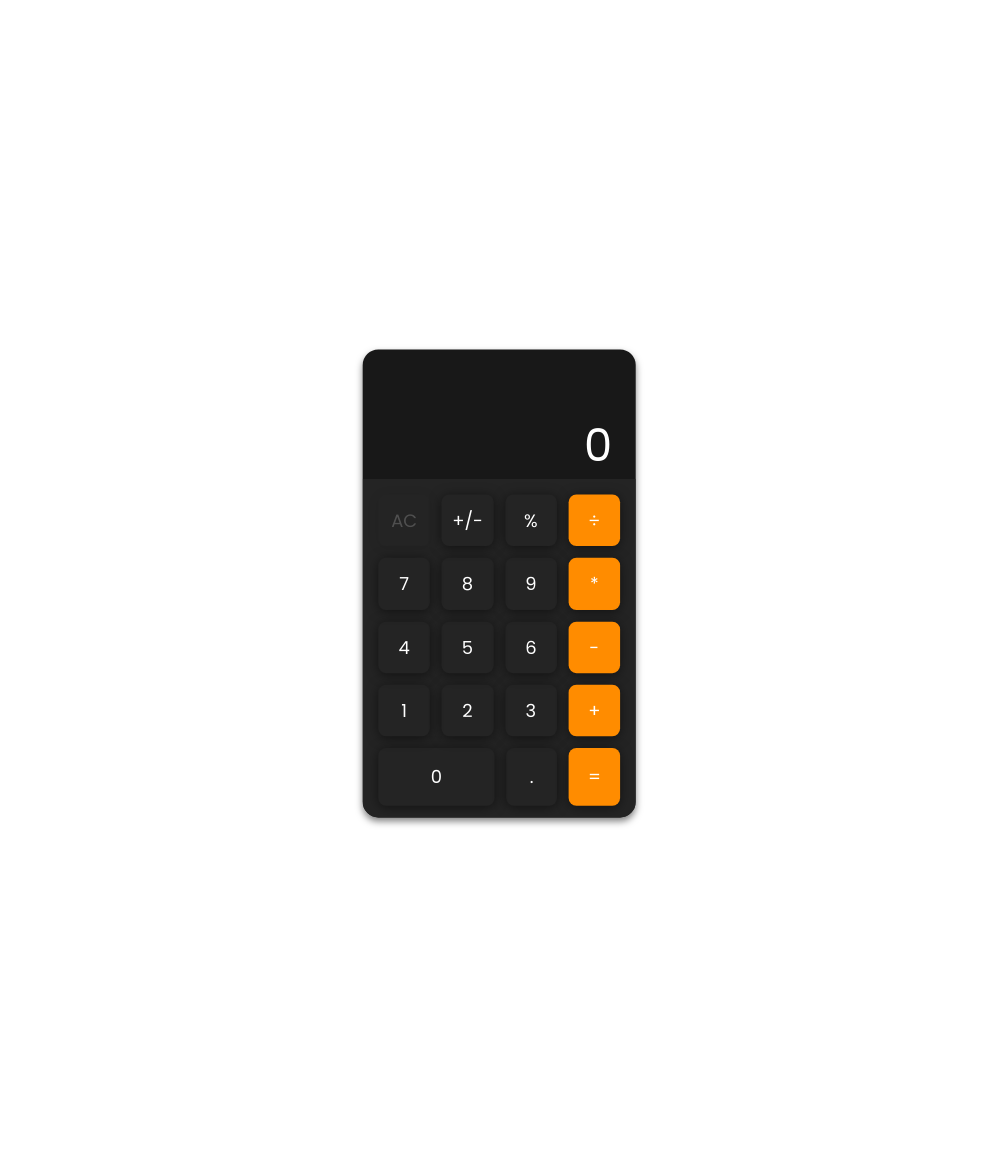
Repository: minhtien9/Calculator
Page: /
These files come from the project's save history. The page is drawn as it stood at one moment and after the next save; the edit follows.
The browser window is 1280 px wide. The pictures show the whole page, at 78% of full size.
The pointer rests on the first visible `button`.
The project was rebuilt for these pictures with package versions that can differ from the ones it lists, and the page was loaded fresh each time.

Above is the page before, as saved 2022-07-21 22:34:04.

### src/index.js
import React from "react";
import ReactDOM from "react-dom/client";
import App from "./App";

const root = ReactDOM.createRoot(document.getElementById("root"));
root.render(
    <React.StrictMode>
        <App />
    </React.StrictMode>
);

// If you want to start measuring performance in your app, pass a function
// to log results (for example: reportWebVitals(console.log))
// or send to an analytics endpoint. Learn more: https://bit.ly/CRA-vitals

### src/App.js
import "./App.css";
import Caculator from "./Components/Caculator";

function App() {
    return (
        <div className='App'>
            <Caculator />
        </div>
    );
}

export default App;

### src/App.css
* {
    padding: 0;
    margin: 0;
    box-sizing: border-box;
    -webkit-user-select: none;
    -webkit-user-drag: none;
    -webkit-app-region: none;
}

### src/Components/Caculator.jsx
import React, { useEffect, useState } from "react";
import "./Caculator.scss";

const Caculator = () => {
    const [inputNum, setInputNum] = useState(0);
    const [calculatedNum, setCalculatedNum] = useState(0);
    const [operator, setOperator] = useState("");
    const [isDecimal, setIsDecimal] = useState(false);
    const [decimalCount, setDecimalCount] = useState(1);
    const [monitor, setMonitor] = useState("");

    useEffect(() => {
        setMonitor(inputNum);
    }, [inputNum]);

    useEffect(() => {
        setMonitor(calculatedNum);
    }, [calculatedNum]);

    // Take input number from keyboard
    const TakeInputNum = (num) => {
        if (isDecimal) {
            num = num / Math.pow(10, decimalCount);
            setDecimalCount(decimalCount + 1);
            setInputNum(parseFloat((inputNum + num).toFixed(decimalCount)));
        } else {
            setInputNum(inputNum * 10 + num);
        }
    };

    // Take operator from keyboard
    const TakeOperator = (operator) => {
        setOperator(operator);
        Calculate();
        setInputNum(0);
    };

    // Do the calculation
    const Calculate = () => {
        setIsDecimal(false);
        setDecimalCount(1);
        if (operator === "/" && inputNum === 0) {
            setCalculatedNum(NaN);
            setInputNum(0);
            return;
        }

        if (calculatedNum === 0 && inputNum === 0) {
            return;
        }

        switch (operator) {
            case "+":
                setCalculatedNum(calculatedNum + inputNum);
                break;
            case "-":
                setCalculatedNum(calculatedNum - inputNum);
                break;
            case "*":
                setCalculatedNum(calculatedNum * inputNum);
                break;
            case "/":
                setCalculatedNum(calculatedNum / inputNum);
                break;

            default:
                break;
        }
        if (operator === "") {
            setCalculatedNum(inputNum);
        } else {
            setInputNum(0);
        }
        return;
    };

    // Get the equation
    const GetEqual = () => {
        Calculate();
        setOperator("");
    };

    // Minus plus
    const minusPlus = () => {
        if (inputNum.chartAt(0) === "-") {
            setInputNum(inputNum.substring(1));
        } else {
            setInputNum("-" + inputNum);
        }
    };

    // Clear All
    const Clear = () => {
        setInputNum(0);
        setCalculatedNum(0);
        setMonitor("");
        setOperator("");
    };

    return (
        <div className='caculator'>
            <section className='monitor'>
                <p className='out-put'>{monitor}</p>
            </section>

            <section className='keyboard'>
                <div className='keyboard-row'>
                    <button
                        className='one-block'
                        onClick={() => {
                            Clear();
                        }}
                    >
                        AC
                    </button>
                    <button className='one-block' onClick={minusPlus}>
                        +/-
                    </button>
                    <button className='one-block'>%</button>
                    <button
                        className='one-block orange'
                        onClick={() => {
                            TakeOperator("/");
                        }}
                    >
                        ÷
                    </button>
                </div>

                <div className='keyboard-row'>
                    <button
                        className='one-block'
                        onClick={() => {
                            TakeInputNum(7);
                        }}
                    >
                        7
                    </button>
                    <button
                        className='one-block'
                        onClick={() => {
                            TakeInputNum(8);
                        }}
                    >
                        8
                    </button>
                    <button
                        className='one-block'
                        onClick={() => {
                            TakeInputNum(9);
                        }}
                    >
                        9
                    </button>
                    <button
                        className='one-block orange'
                        onClick={() => {
                            TakeOperator("*");
                        }}
                    >
                        *
                    </button>
                </div>

                <div className='keyboard-row'>
                    <button
                        className='one-block'
                        onClick={() => {
                            TakeInputNum(4);
                        }}
                    >
                        4
                    </button>
                    <button
                        className='one-block'
                        onClick={() => {
                            TakeInputNum(5);
                        }}
                    >
                        5
                    </button>
                    <button
                        className='one-block'
                        onClick={() => {
                            TakeInputNum(6);
                        }}
                    >
                        6
                    </button>
                    <button
                        className='one-block orange'
                        onClick={() => {
                            TakeOperator("-");
                        }}
                    >
                        -
                    </button>
                </div>

                <div className='keyboard-row'>
                    <button
                        className='one-block'
                        onClick={() => {
                            TakeInputNum(1);
                        }}
                    >
                        1
                    </button>
                    <button
                        className='one-block'
                        onClick={() => {
                            TakeInputNum(2);
                        }}
                    >
                        2
                    </button>
                    <button
                        className='one-block'
                        onClick={() => {
                            TakeInputNum(3);
                        }}
                    >
                        3
                    </button>
                    <button
                        className='one-block orange'
                        onClick={() => {
                            TakeOperator("+");
                        }}
                    >
                        +
                    </button>
                </div>

                <div className='keyboard-row'>
                    <button
                        className='two-block'
                        onClick={() => {
                            TakeInputNum(0);
                        }}
                    >
                        0
                    </button>
                    <button
                        className='one-block'
                        onClick={() => {
                            setIsDecimal(true);
                        }}
                    >
                        .
                    </button>
                    <button
                        className='one-block orange'
                        onClick={() => {
                            GetEqual();
                        }}
                    >
                        =
                    </button>
                </div>
            </section>
        </div>
    );
};

export default Caculator;

### src/Components/Caculator.scss
@import url("https://fonts.googleapis.com/css2?family=Poppins:ital,wght@0,100;0,200;0,300;0,400;0,500;0,600;0,700;0,800;0,900;1,100;1,200;1,300;1,400;1,500;1,600;1,700;1,800;1,900&display=swap");

* {
    font-family: "Poppins";
    font-size: 23px;
    color: white;
}

button {
    border: none;
    background: none;
    cursor: pointer;
    border-radius: 10px;
    box-shadow: 0 2px 15px 0 rgba(0, 0, 0, 0.5);
}

button:hover {
    opacity: 0.2;
}

.orange {
    background: darkorange;
    color: white;
}

.orange:hover {
    background-color: white;
    color: orange;
}

.caculator {
    width: 350px;
    height: 600px;
    margin: 35% auto;
    background-color: rgb(24, 24, 24);
    display: flex;
    flex-direction: column;
    border-radius: 20px;
    overflow: hidden;
    box-shadow: 0px 5px 10px 0px rgba(0, 0, 0, 0.5);
}

.monitor {
    .out-put {
        margin: 80px 30px 0px;
        font-size: 2.5rem;
        text-align: right;
    }
}

.keyboard {
    display: flex;
    flex-direction: column;
    background: rgb(36, 36, 36);
    gap: 15px;
    padding: 20px;
}

.keyboard-row {
    display: flex;
    gap: 15px;
    .one-block {
        width: 25%;
        aspect-ratio: 1/1;
    }

    .two-block {
        width: calc(50% - -21px);
        aspect-ratio: 2/1;
    }
}

Loaded but not shown: public/index.html (common file); public/manifest.json (common file)

After the next save:
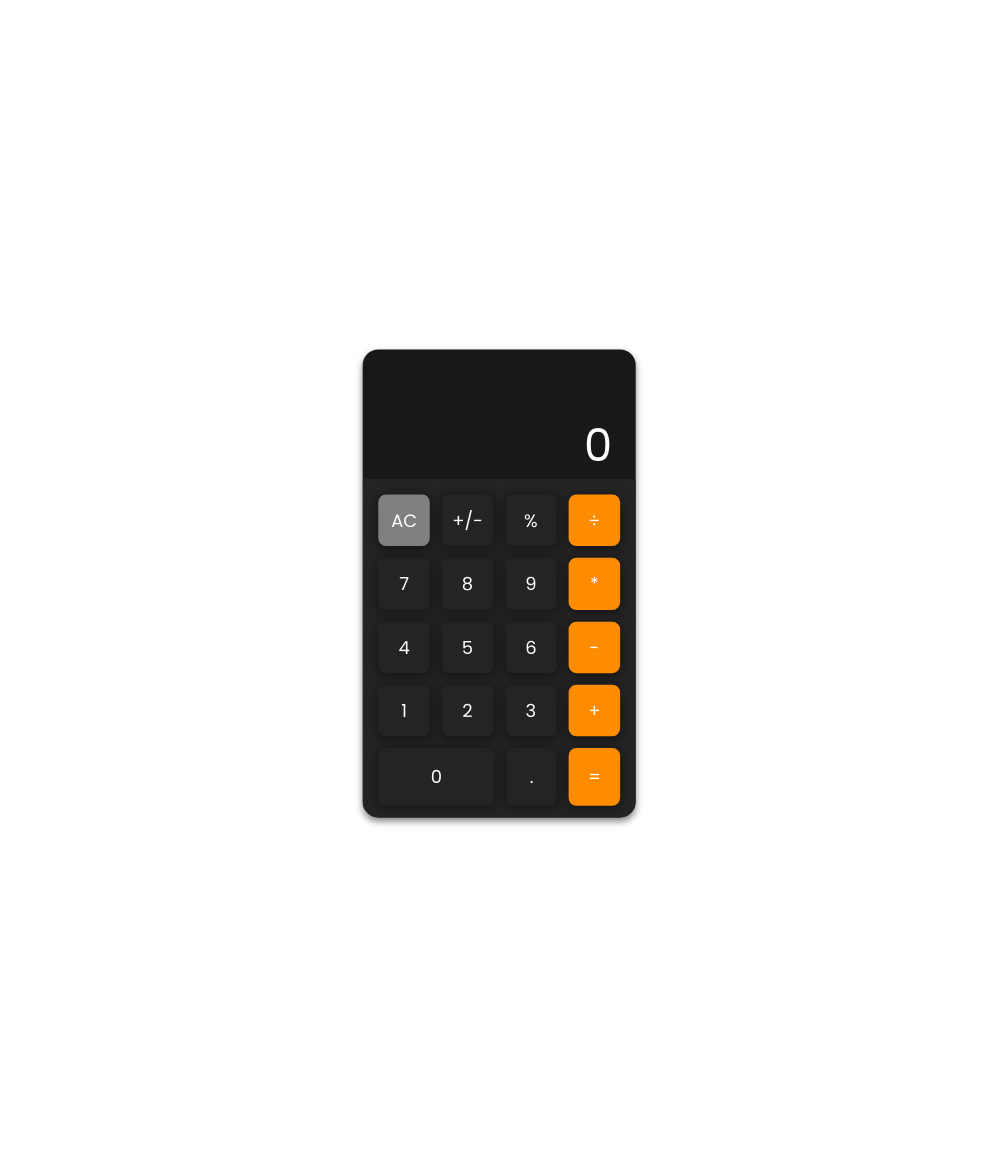
Saved 1 s later.
--- a/src/Components/Caculator.scss
+++ b/src/Components/Caculator.scss
@@ -15,7 +15,7 @@ button {
 }
 
 button:hover {
-    opacity: 0.2;
+    background-color: grey;
 }
 
 .orange {
